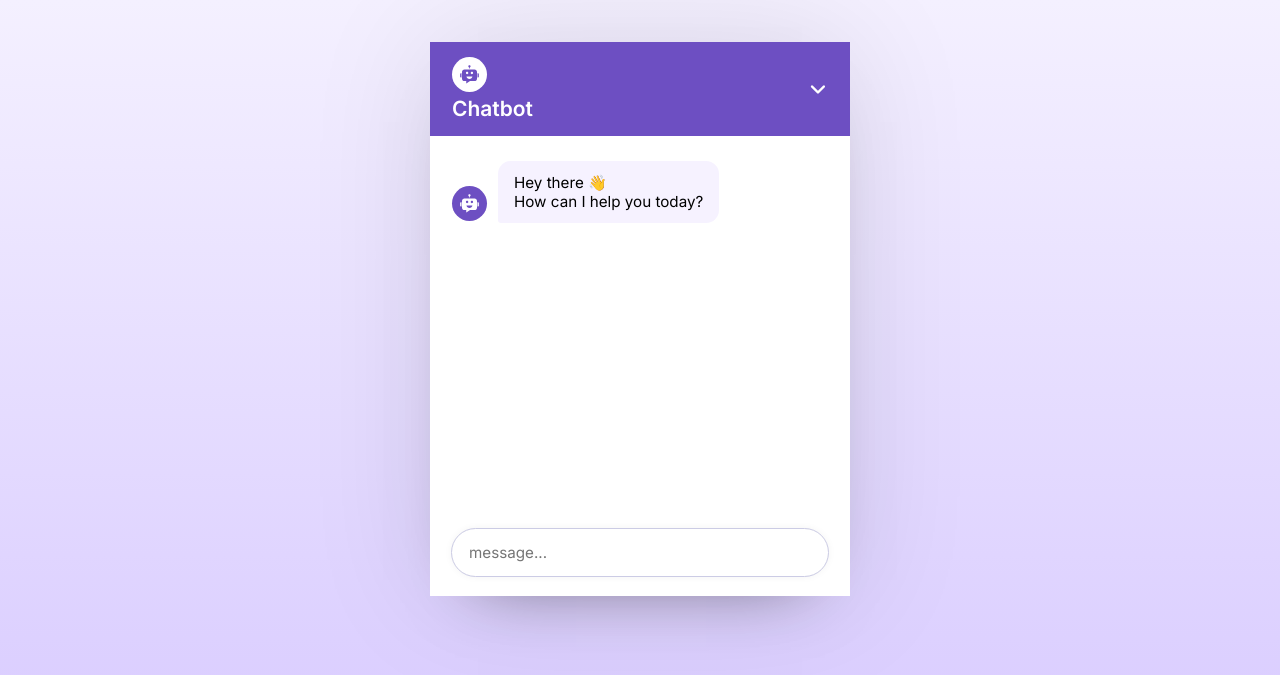
Repository: gogg23/chatbot
Page: / (app in chatbot/)
An editor plug-in stored every save of this project. The page is shown before and after the next save, followed by the edit.
The browser window is 1280 px wide. The pictures show the whole page.
The project was rebuilt for these pictures with package versions that can differ from the ones it lists, and the page was loaded fresh each time. Also part of the build but not shown: chatbot/vite.config.js, chatbot/src/components/ChatMessage.jsx.

Above is the page before, as saved 2025-01-28 11:52:47.

After the next save:
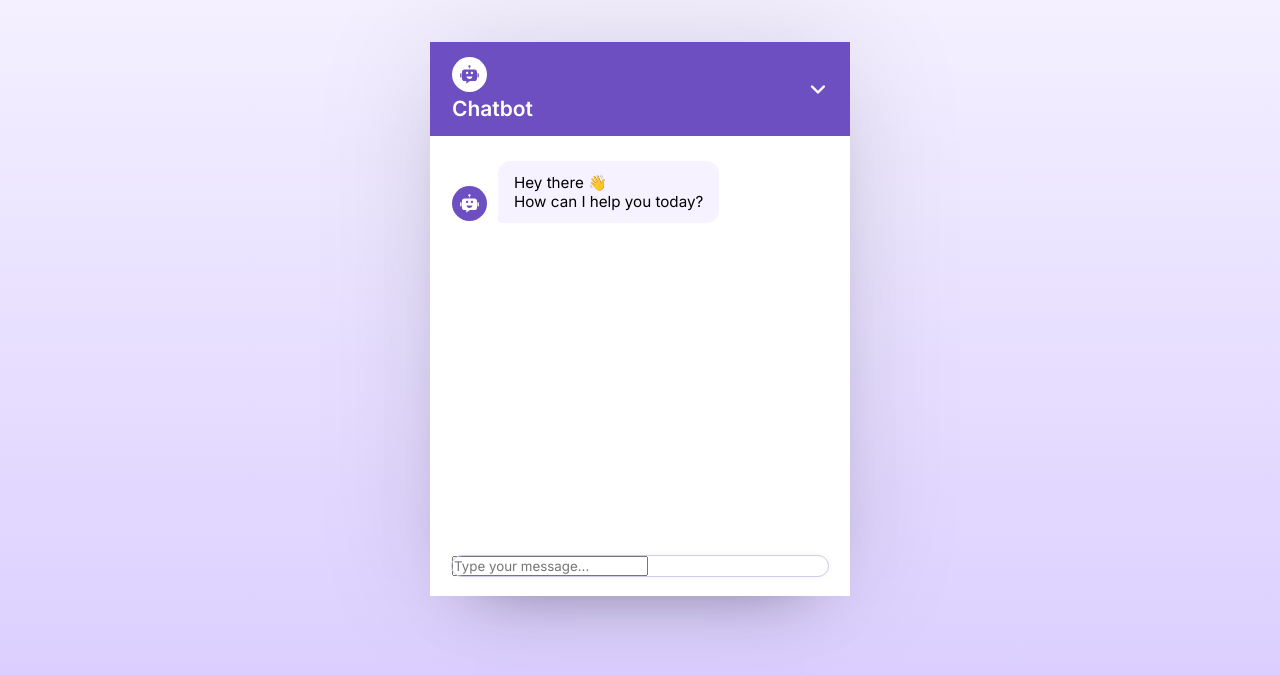
Saved 36 s later.
--- a/chatbot/src/components/Chartform.jsx
+++ b/chatbot/src/components/Chartform.jsx
@@ -1,42 +1,25 @@
-import { useRef } from 'react';
+import React, { useState } from 'react';
 
 const ChartForm = ({ setChatHistory }) => {
-  const inputRef = useRef();
+  const [input, setInput] = useState('');
 
-  const handleFormSubmit = (e) => {
+  const handleSubmit = (e) => {
     e.preventDefault();
-    const userMessage = inputRef.current.value.trim();
-    if (!userMessage) return;
-    inputRef.current.value = '';
+    if (input.trim()) {
+      setChatHistory((prev) => [...prev, { role: 'user', content: input }]);
+      setInput(''); // Clear the input
+    }
+  };
 
-    //update chat history with the user's message
-
-    setChatHistory((history) => [
-      ...history,
-      { role: 'user', text: userMessage },
-    ]);
-
-    //Add a "Thinking..." placeholder message for the bot's response
-
-    setTimeout(
-      () =>
-        setChatHistory((history) => [
-          ...history,
-          { role: 'model', text: 'Thinking...' },
-        ]),
-      600
-    );
-  };
   return (
-    <form action='#' className='chat-form' onSubmit={handleFormSubmit}>
+    <form onSubmit={handleSubmit} className='chat-form'>
       <input
-        ref={inputRef}
         type='text'
-        placeholder='message...'
-        className='message-input'
-        required
+        placeholder='Type your message...'
+        value={input}
+        onChange={(e) => setInput(e.target.value)}
       />
-      <button className='material-symbols-rounded'>arrow_upward</button>
+      <button type='submit'>Send</button>
     </form>
   );
 };
